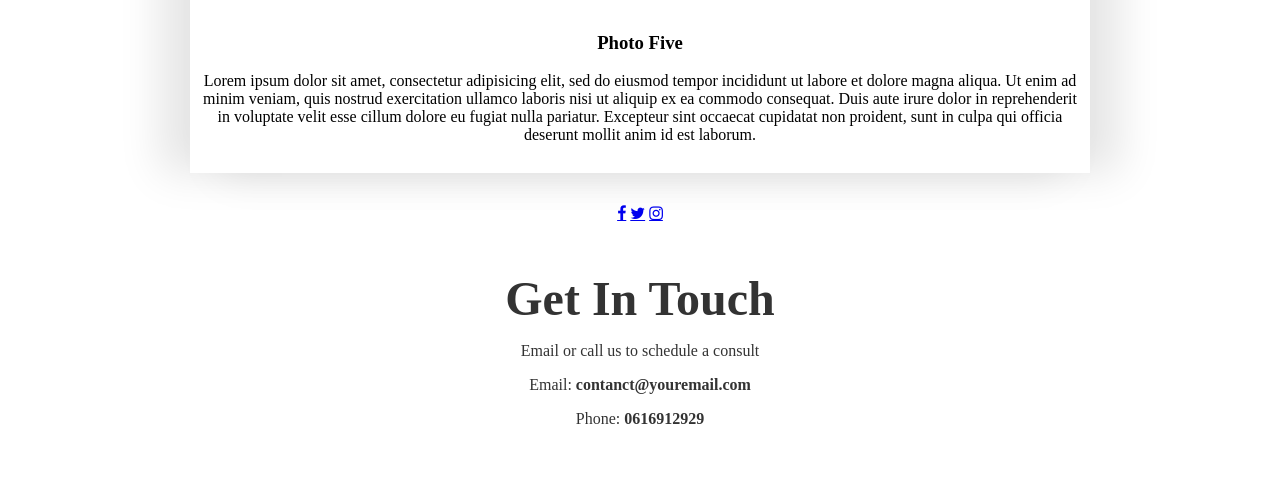
Repository: konstantin0s/mobile-photography
Page: index.html
An editor plug-in stored every save of this project. The page is shown before and after the next save, followed by the edit.
The browser window is 1280 px wide. The pictures show the part of the page from y = 4062 to 4598 px (the page is 4546 px tall before and 4598 px after).

Above is the page before, as saved 2019-05-11 14:43:48.

After the next save:
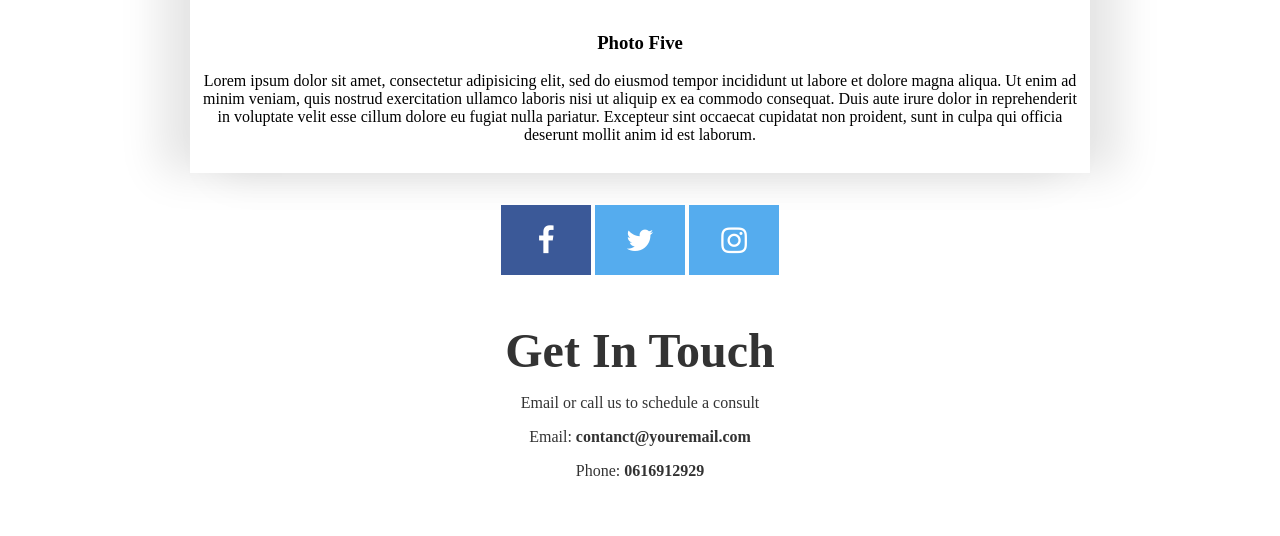
Saved 50 s later.
--- a/css/style.css
+++ b/css/style.css
@@ -115,6 +115,40 @@ footer h3 {
   margin-bottom: 0;
 }
 
+.fa {
+  padding: 20px;
+  font-size: 30px;
+  width: 50px;
+  text-align: center;
+  text-decoration: none;
+}
+
+/* Add a hover effect if you want */
+.fa:hover {
+  opacity: 0.7;
+}
+
+/* Set a specific color for each brand */
+
+/* Facebook */
+.fa-facebook {
+  background: #3B5998;
+  color: white;
+}
+
+/* Twitter */
+.fa-twitter {
+  background: #55ACEE;
+  color: white;
+}
+
+/* Instagram */
+.fa-instagram {
+  background: #55ACEE;
+  color: white;
+}
+
+
 /* Screen size 500px and up*/
 @media(min-width: 500px) {
   #landing {
